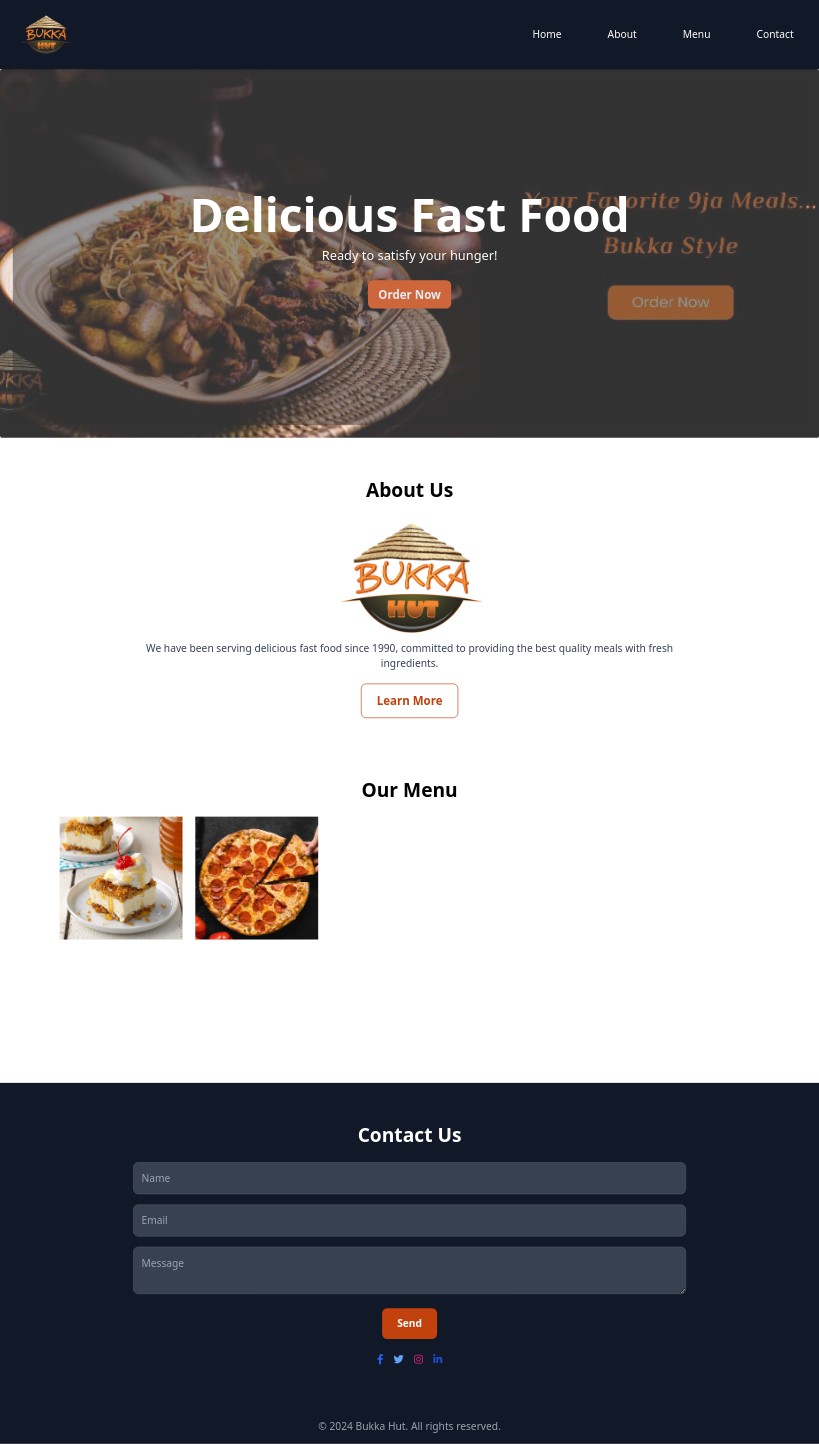
Repository: countaustin1990/BUKKAHUT
Page: INDEX.HTML
The author's editor kept a copy of each file at every save. The page is drawn from the files as they stood at one save, then again after the next save.
The browser window is 1280 px wide. The pictures show the whole page, at 64% of full size.
Some web libraries are served in a nearby version.

Above is the page before, as saved 2024-08-24 15:33:26.
Console error: TypeError: Cannot read properties of null (reading 'addEventListener')

After the next save:
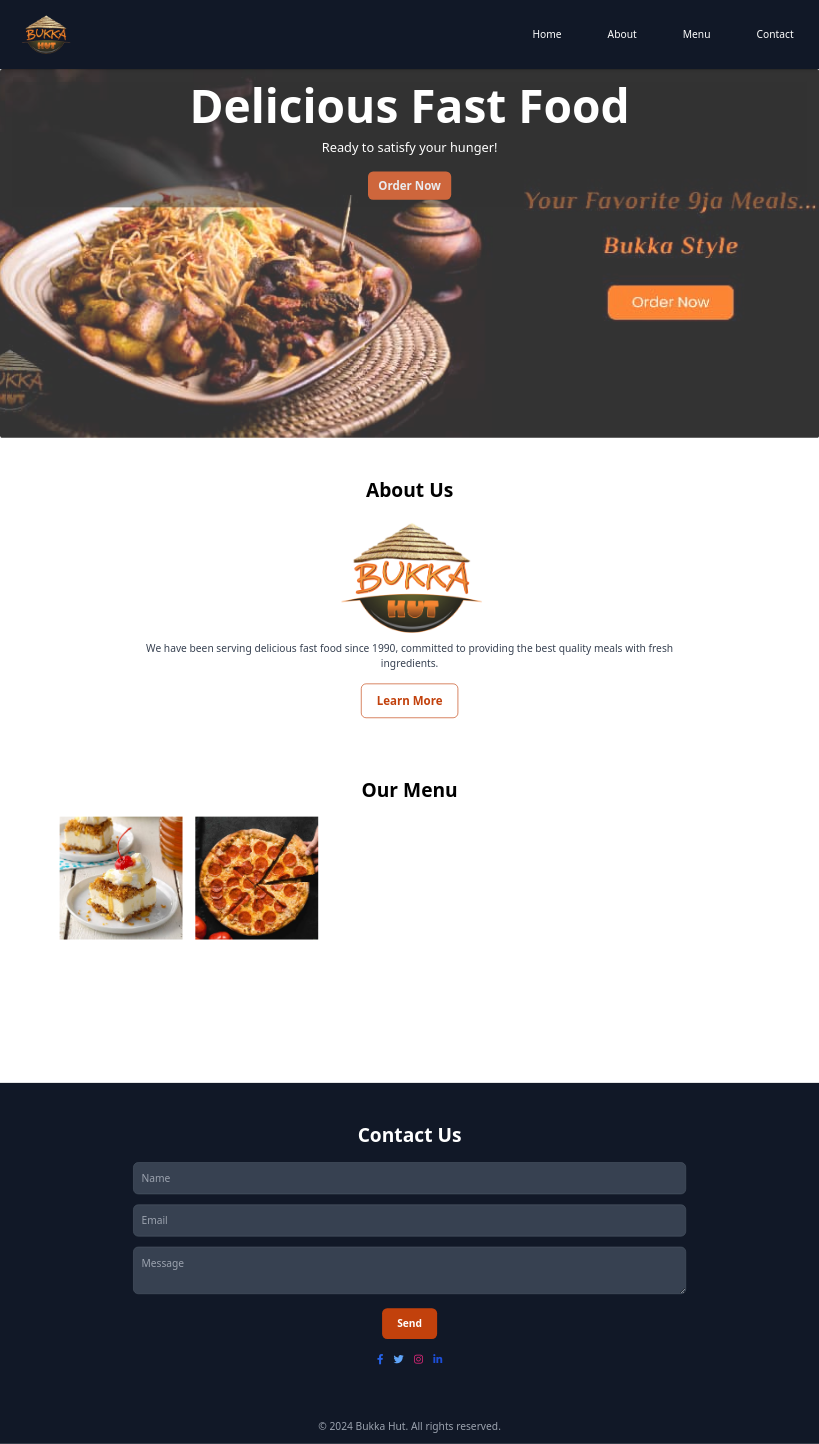
Saved 117 s later.
--- a/INDEX.HTML
+++ b/INDEX.HTML
@@ -65,7 +65,7 @@
   </nav>
     <!-- Hero Section -->
     <header id="home" class="bg-cover bg-center h-full p-5 rounded opacity-80 bg-blue-800 mt5" style="background-image: url('Hero.jpg');">
-        <div class="flex flex-col items-center justify-center h-full bg-black bg-opacity-50 text-center text-white">
+        <div class="flex flex-col items-center justify-center bg-black bg-opacity-50 text-center text-white">
             <h1 class="text-7xl font-bold mb-4">Delicious Fast Food</h1>
             <p class="text-xl mb-6">Ready to satisfy your hunger!</p>
             <a href="#order" class="bg-orange-700 hover:bg-orange-600 text-gray-200 font-semibold py-2 px-4 rounded-lg text-lg mb-3">Order Now</a>

After the save that followed:
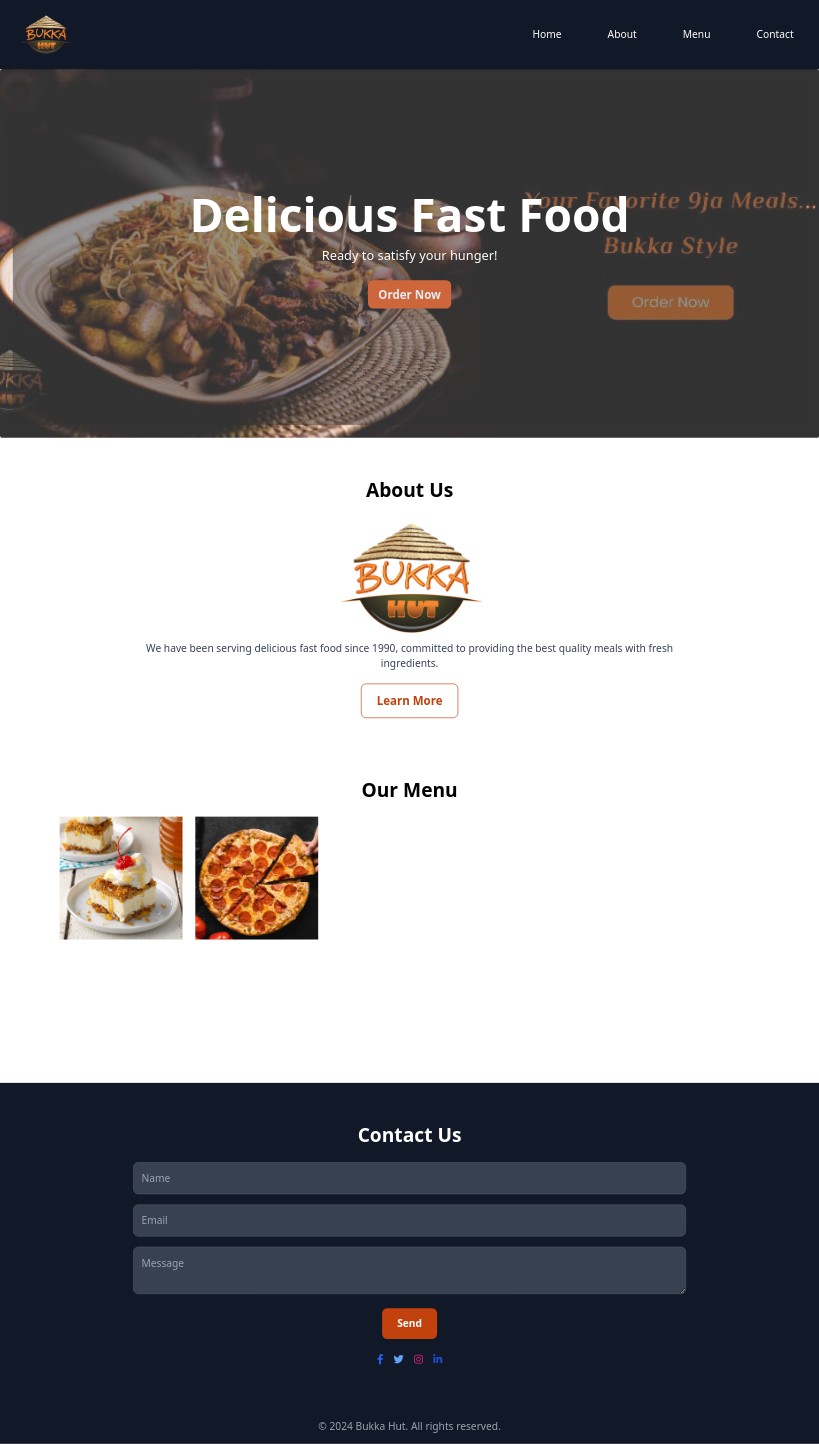
Saved 64 s later.
--- a/INDEX.HTML
+++ b/INDEX.HTML
@@ -65,7 +65,7 @@
   </nav>
     <!-- Hero Section -->
     <header id="home" class="bg-cover bg-center h-full p-5 rounded opacity-80 bg-blue-800 mt5" style="background-image: url('Hero.jpg');">
-        <div class="flex flex-col items-center justify-center bg-black bg-opacity-50 text-center text-white">
+        <div class="flex flex-col items-center justify-center h-full bg-black bg-opacity-50 text-center text-white">
             <h1 class="text-7xl font-bold mb-4">Delicious Fast Food</h1>
             <p class="text-xl mb-6">Ready to satisfy your hunger!</p>
             <a href="#order" class="bg-orange-700 hover:bg-orange-600 text-gray-200 font-semibold py-2 px-4 rounded-lg text-lg mb-3">Order Now</a>
